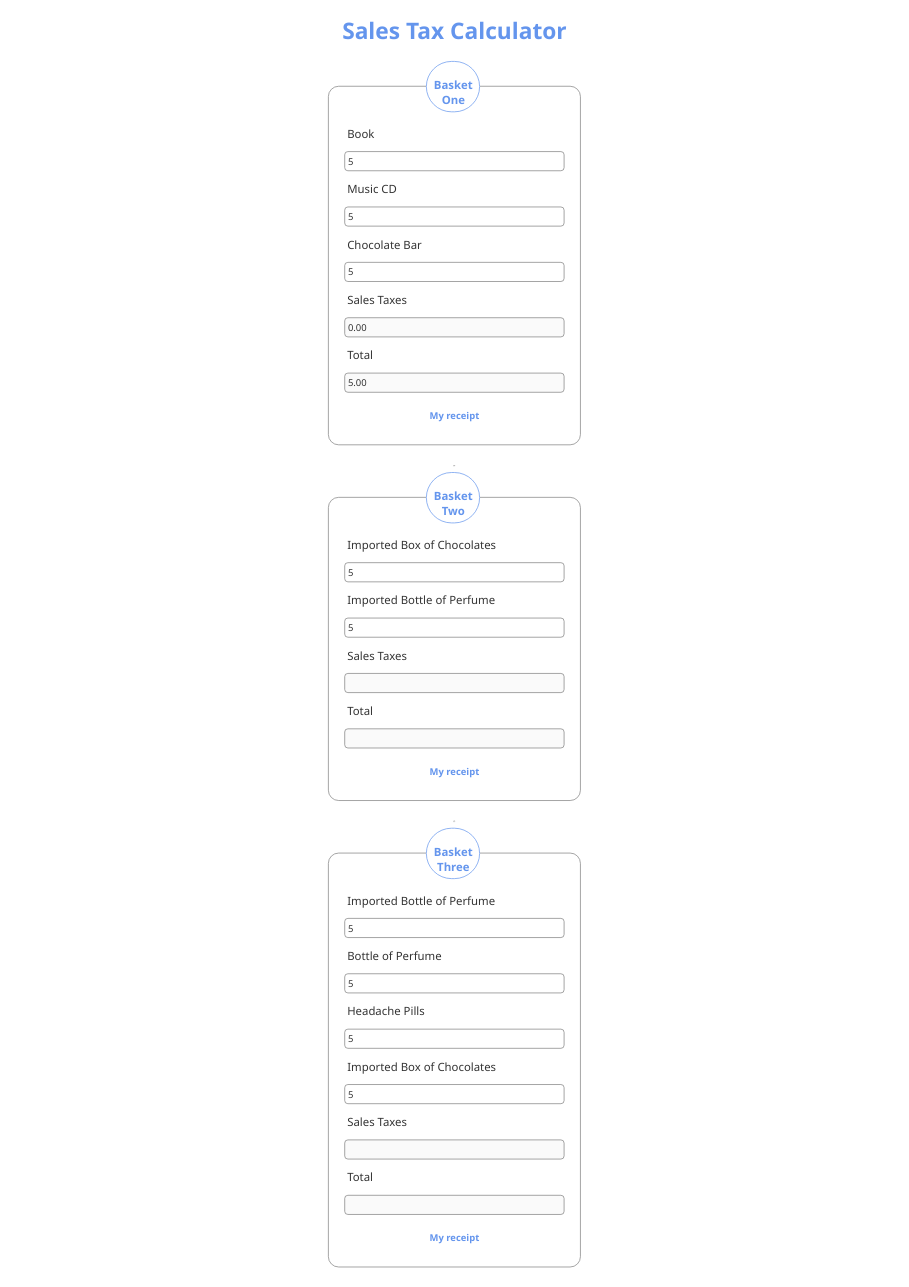
Repository: duzzisantos/sales-tax
Page: index.html
An editor plug-in stored every save of this project. The page is shown before and after the next save, followed by the edit.
The browser window is 1280 px wide. The pictures show the whole page, at 71% of full size.
Empty fields were first filled with sample values (such as "Sample", 5 or name@example.com).
After loading, the first visible `#book` was changed once.

Above is the page before, as saved 2022-05-25 22:11:51.
Console error: TypeError: Failed to execute 'appendChild' on 'Node': parameter 1 is not of type 'Node'.

### index.html
<!DOCTYPE html>
<html lang="en">

<head>
    <meta charset="UTF-8">
    <meta http-equiv="X-UA-Compatible" content="IE=edge">
    <meta name="viewport" content="width=device-width, initial-scale=1.0">
    <link href="style.css" rel="stylesheet">
    <title>Sales Tax Calculator</title>
</head>

<body>
    <h1>Sales Tax Calculator</h1>
    <section id="container">
        <fieldset>
            <legend>
                <h4>Basket One</h4>
            </legend>
            <form class="formOne">
                <label for="book">Book</label>
                <input id="book" type="number" name="book" onchange="basketOne()" />
                <label for="musicCD">Music CD</label>
                <input id="musicCD" type="number" name="musicCD" onchange="basketOne()" />
                <label for="chocolateBar">Chocolate Bar</label>
                <input id="chocolateBar" type="number" name="chocolateBar" onchange="basketOne()" />
                <label for="sales-taxes">Sales Taxes</label>
                <input id="sales-taxes" type="number" name="sales-taxes" onchange="basketOne()" disabled />
                <label for="total">Total</label>
                <input id="total" type="number" name="total" onchange="basketOne()" disabled />
            </form>
            <h5>My receipt</h5>
            <span id="listOne">

            </>
        </fieldset>
        <hr>

        <fieldset>
            <legend>
                <h4>Basket Two</h4>
            </legend>
            <form class="formTwo">
                <label for="imported-box-chocolate">Imported Box of Chocolates</label>
                <input id="imported-box-chocolate" type="number" name="imported-box-chocolate" onchange="basketTwo()" />
                <label for="imported-perfume">Imported Bottle of Perfume</label>
                <input id="imported-perfume" type="number" name="imported-perfume" onchange="basketTwo()" />

                <label for="sales-taxes2">Sales Taxes</label>
                <input id="sales-taxes2" type="number" name="sales-taxes2" onchange="basketTwo()" disabled />
                <label for="total">Total</label>
                <input disabled id="total2" type="number" name="total2" onchange="basketTwo()" />
            </form>

            <h5>My receipt</h5>
            <span id="listTwo">

            </span>
        </fieldset>
        <hr>

        <fieldset>
            <legend>
                <h4>Basket Three</h4>
            </legend>
            <form class="formThree">
                <label for="imported-perfume2">Imported Bottle of Perfume</label>
                <input id="imported-perfume2" type="number" name="imported-perfume2" onchange="basketThree()" />
                <label for="bottle-perfume">Bottle of Perfume</label>
                <input id="bottle-perfume" type="number" name="bottle-perfume" onchange="basketThree()" />
                <label for="pills">Headache Pills</label>
                <input id="pills" type="number" name="pills" onchange="basketThree()" />
                <label for="imported-box-chocolate2">Imported Box of Chocolates</label>
                <input id="imported-box-chocolate2" type="number" name="imported-box-chocolate2"
                    onchange="basketThree()" />
                <label for=" sales-taxes3">Sales Taxes</label>
                <input id="sales-taxes3" type="number" name="sales-taxes3" onchange="basketThree()" disabled />
                <label for="total3">Total</label>
                <input disabled id="total3" type="number" name="total3" onchange="basketThree()" />
            </form>

            <h5>My receipt</h5>
            <span id="listThree">

            </span>
        </fieldset>
    </section>
</body>
<script src="first.js"></script>
<script src="second.js"></script>
<script src="third.js"></script>
<script src="index.js"></script>

</html>

### style.css
*{
    color: rgb(0,0,0,0.8);
    font-family: 'Segoe UI', Tahoma, Geneva, Verdana, sans-serif;
}

#container{
    display: flex;
    flex-direction: column;
    align-items: center;
    justify-content: center;
    bottom: 0;
}

fieldset{
    height: fit-content;
    width: 20%;
    border: 1px solid grey;
    border-radius: 15px;
    margin-bottom: 20px;
}

legend{
    height: 70px;
    width: 70px;
    border: 1px solid cornflowerblue;
    border-radius: 50px;
    margin-left: 38%;
}

legend h4, h5, h1{
    text-align: center;
    color: cornflowerblue;
}
label, input{
    display: block;
    margin: 10px;
    padding: 4px;
}

input{
    width: 300px;
    border-radius: 5px;
    border: 1px solid grey;
}

### first.js
//Variables for tax rate
let taxFree = 0;
let basicTax = 10;
let importDuty = 5;

//imported basic taxable items attract an extra non-negotiable tax rate of 5%, therefore 10% + 5% = 15%
let basicPlusImportDuty = basicTax + importDuty;

//An app that computes the first basket of goods
const basketOne = () => {
  let book = document.getElementById("book").value;
  let musicCD = document.getElementById("musicCD").value;
  let chocolateBar = document.getElementById("chocolateBar").value;

  // The plus sign is used in front of every variable to indicate to JavaScript that they are numerical values
  // Without this, they would become concatenated strings

  //these are the sums of the items and their taxes
  let bookPlusTax = +taxFree * +book + +book;
  let musicCDPlusTax = (basicTax * +musicCD) / 100 + +musicCD;
  let chocolateBarPlusTax = +taxFree * +chocolateBar + +chocolateBar;

  //this computes the total price paid by the customer
  let netPayment = +bookPlusTax + +musicCDPlusTax + +chocolateBarPlusTax;
  document.getElementById("total").value = netPayment.toFixed(2);

  //this computes the total sales tax generated
  let totalTaxes =
    bookPlusTax -
    book +
    (musicCDPlusTax - musicCD) +
    (chocolateBarPlusTax - chocolateBar);

  //Math.ceil and toFixed method helps us round up to the nearest 0.05
  document.getElementById("sales-taxes").value = (
    Math.ceil(totalTaxes * 20) / 20
  ).toFixed(2);

  //Receipt list
  const listOne = document.getElementById("listOne");
  listOne.appendChild(book, musicCD, chocolateBar, totalTaxes, netPayment);
};

### second.js
//Variables for tax rate
let basicTax2 = 10;
let importDuty2 = 5;

//imported basic taxable items attract an extra non-negotiable tax rate of 5%, therefore 10% + 5% = 15%
let basicPlusImportDuty2 = basicTax2 + importDuty2;

//An app that computes the second basket of goods
const basketTwo = () => {
  let importedChocolate = document.getElementById(
    "imported-box-chocolate"
  ).value;
  let importedPerfume2 = document.getElementById("imported-perfume").value;

  // The plus sign is used in front of every variable to indicate to JavaScript that they are numerical values
  // Without this, they would become concatenated strings

  //these are the sums of the imported items and their taxes
  let importedChocolatePlusTax =
    (importDuty2 * +importedChocolate) / 100 + +importedChocolate;
  let importedPerfume2PlusTax =
    (basicPlusImportDuty2 * +importedPerfume2) / 100 + +importedPerfume2;

  //Math.ceil and toFixed method helps us round up to the nearest 0.05
  //this computes the total price paid by the customer
  let netPayment = +importedChocolatePlusTax + +importedPerfume2PlusTax;
  document.getElementById("total2").value = (
    Math.ceil(netPayment * 20) / 20
  ).toFixed(2);

  //this computes the total sales tax generated
  let totalTaxes =
    (importDuty2 * +importedChocolate) / 100 +
    (basicPlusImportDuty2 * +importedPerfume2) / 100;
  document.getElementById("sales-taxes2").value = (
    Math.ceil(totalTaxes * 20) / 20
  ).toFixed(2);
};

### third.js
//Variables for tax rate
let taxFree3 = 0;
let basicTax3 = 10;
let importDuty3 = 5;
let basicPlusImportDuty3 = basicTax3 + importDuty3;


//App that computes the third basket of goods
const basketThree = () => {
    let importedPerfume2 = document.getElementById("imported-perfume2").value;
    let bottlePerfume = document.getElementById("bottle-perfume").value;
    let pills = document.getElementById("pills").value;
    let importedChocolate2 = document.getElementById("imported-box-chocolate2").value;


    //    // The plus sign is used in front of every variable to indicate to JavaScript that they are numerical values
     // Without this, they would become concatenated strings

    //these are the sums of the imported items and their taxes
    let importedPerfume2PlusTax = (basicPlusImportDuty3 * +importedPerfume2) / 100 + +importedPerfume2;
    let bottlePerfumePlusTax =
      (basicTax3 * +bottlePerfume) / 100 + +bottlePerfume;
    let pillsPlusTax = (taxFree3 * +pills) + +pills;
    let importedChocolate2PlusTax =
      (importDuty3 * +importedChocolate2) / 100 + +importedChocolate2;

    //Math.ceil and toFixed method helps us round up to the nearest 0.05
    //This computes the prices plus their taxes
    let netPayment =
      importedPerfume2PlusTax +
      bottlePerfumePlusTax +
      pillsPlusTax +
      importedChocolate2PlusTax;
    document.getElementById("total3").value = (Math.ceil(netPayment * 20) / 20).toFixed(2);

    //this computes the total taxes generated from selling basket three
    let totalTaxes =
      importedPerfume2PlusTax -
      importedPerfume2 +
      (bottlePerfumePlusTax - bottlePerfume) +
      (pillsPlusTax - pills) +
      (importedChocolate2PlusTax - importedChocolate2);

    document.getElementById("sales-taxes3").value = (
        Math.ceil(totalTaxes * 20) / 20
      ).toFixed(2);
  };

### index.js
//This is responsible for the DOM Manipulation
//This helps the user to display a simple receipt

After the next save:
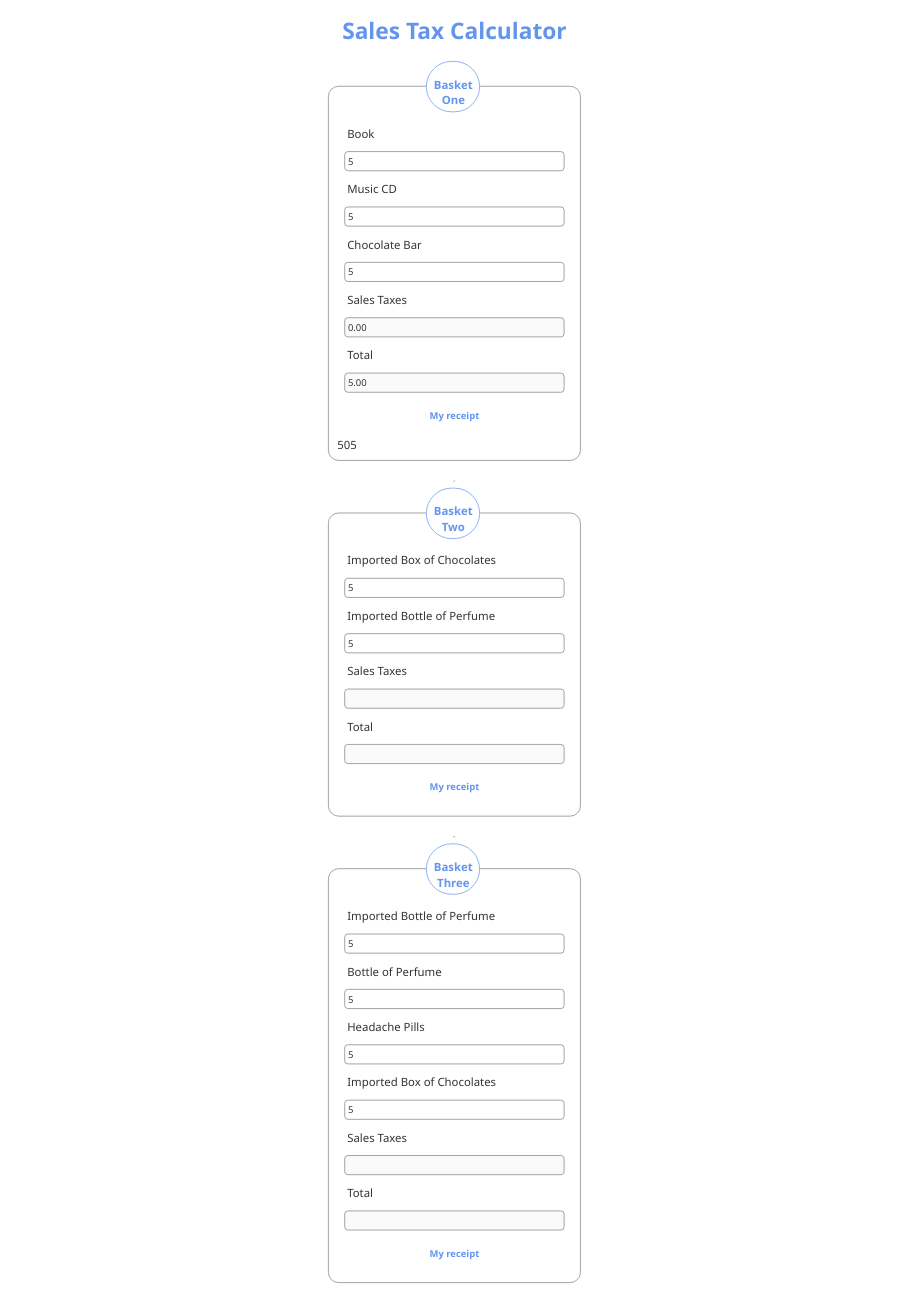
The error is gone.
Saved 33 s later.
--- a/first.js
+++ b/first.js
@@ -38,5 +38,5 @@ const basketOne = () => {
 
   //Receipt list
   const listOne = document.getElementById("listOne");
-  listOne.appendChild(book, musicCD, chocolateBar, totalTaxes, netPayment);
+  listOne.append(book, musicCD, chocolateBar, totalTaxes, netPayment);
 };
